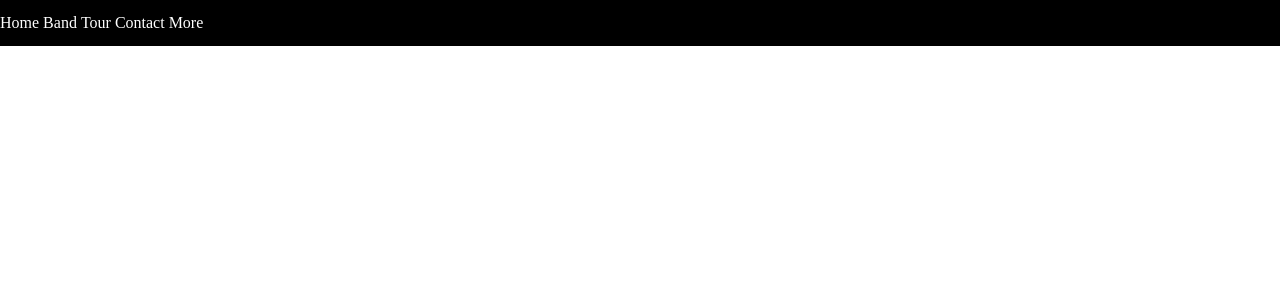
Repository: Thanhtrunghoang123/the-band
Page: index.html
These files come from the project's save history. The page is drawn as it stood at one moment and after the next save; the edit follows.
The browser window is 1280 px wide. The pictures show the whole page.
The pointer rests on the first visible `#nav li`.

Above is the page before, as saved 2022-07-18 09:05:30.

### index.html
<!DOCTYPE html>
<html lang="en">
<head>
    <meta charset="UTF-8">
    <meta http-equiv="X-UA-Compatible" content="IE=edge">
    <meta name="viewport" content="width=device-width, initial-scale=1.0">
    <title>Document</title>
    <link rel="stylesheet" href="/assest/css/style.css">
</head>
<body>
    <div id="main">
        <div id="header">
            <ul id="nav">
                <li><a href="">Home</a></li>
                <li><a href="">Band</a></li>
                <li><a href="">Tour</a></li>
                <li><a href="">Contact</a></li>
                <li>
                    <a href="">More</a>
                    <ul class="subnav">
                        <li><a href="">Merchandise</a></li>
                        <li><a href="">Extras</a></li>
                        <li><a href="">Media</a></li>
                    </ul>
                </li>
            </ul>
        </div>

        <div id="slider">

        </div>

        <div id="content">

        </div>

        <div id="footer">

        </div>
    </div>
</body>
</html>

### assest/css/style.css
*{
    margin: 0;
    padding: 0;
    box-sizing: border-box;
}
#main{

}

#header{
    height: 46px;
    background-color: #000;
}
#nav li a{
    color: #fff;
    line-height: 46px;
    text-decoration: none;
}
#nav li{
    display: inline-block;
}
#nav .subnav{
    display: none;
}

#slider{

}

#content{

}

#footer{

}

After the next save:
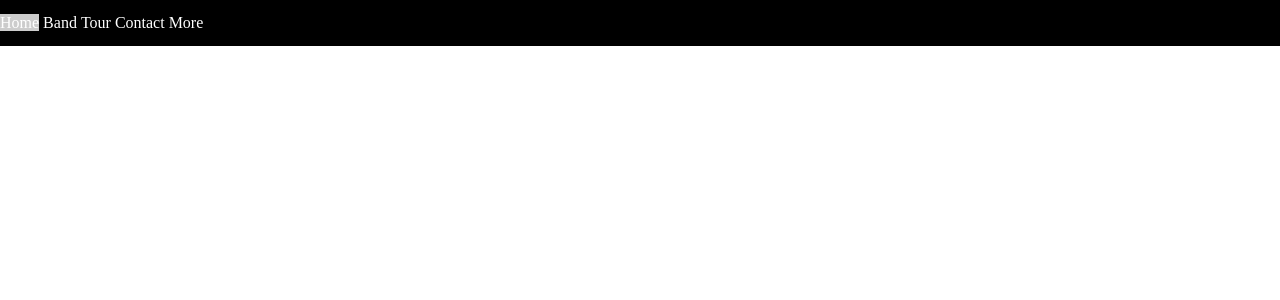
Saved 54 s later.
--- a/assest/css/style.css
+++ b/assest/css/style.css
@@ -16,6 +16,11 @@
     line-height: 46px;
     text-decoration: none;
 }
+#nav li:hover a{
+    color: #fff;
+    background-color: #ccc;
+}
+
 #nav li{
     display: inline-block;
 }
